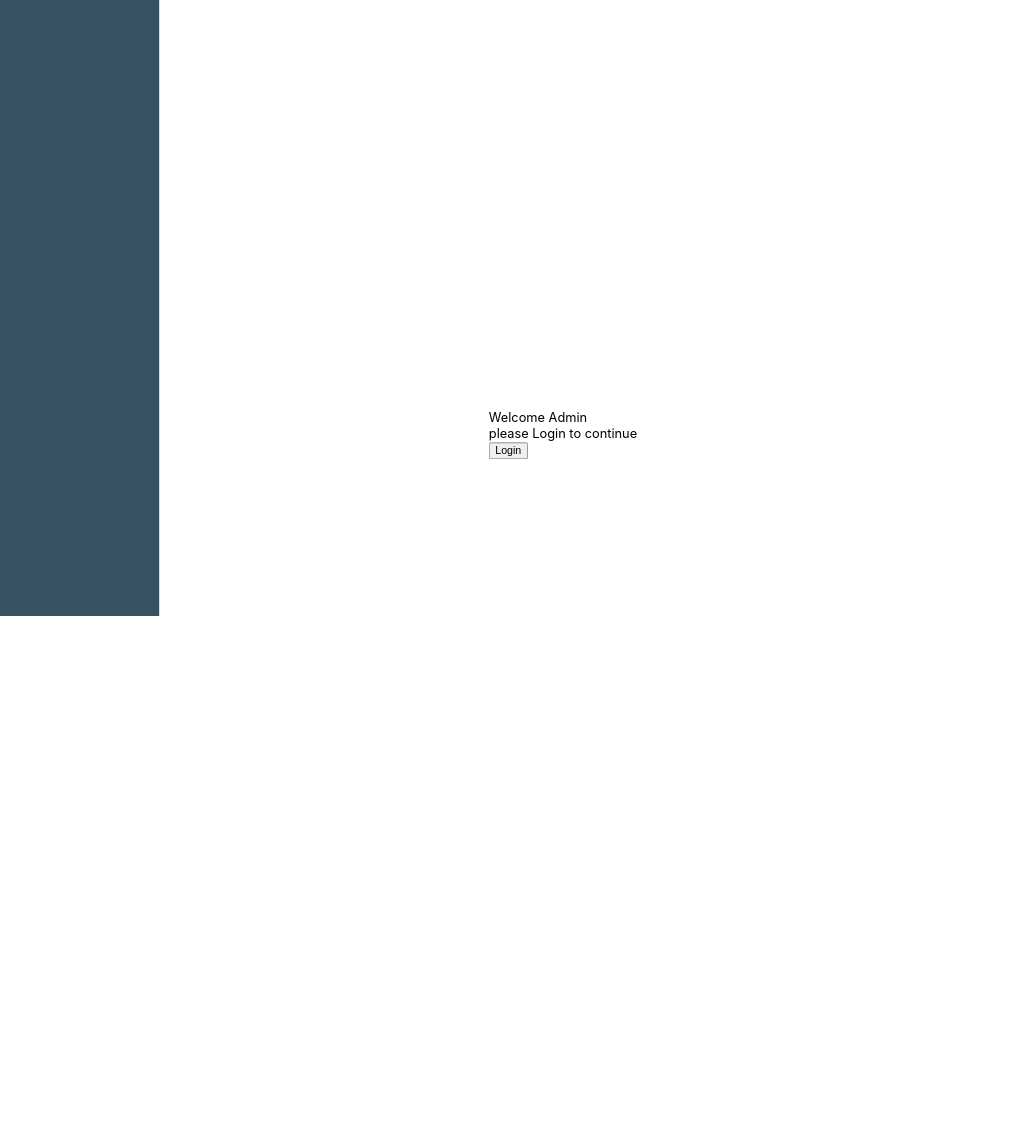
Repository: tatvanhco/shopee-admin
Page: /login
An editor plug-in stored every save of this project. The page is shown before and after a run of saves, followed by the edit.
The browser window is 1280 px wide. The pictures show the whole page, at 80% of full size.
The project was rebuilt for these pictures with package versions that can differ from the ones it lists, and the page was loaded fresh each time. Also part of the build but not shown: src/components/common/NotFound.tsx, src/components/common/PrivateRoute.tsx, src/components/layout/Innercontext.tsx, src/components/layout/dashboard.tsx, src/components/layout/productManager.tsx, src/components/layout/ManageOrders.tsx, src/components/layout/catalogManager.tsx, src/components/layout/customerManager.tsx and 5 more.

Above is the page before, as saved 2022-09-28 17:19:41.

After the next 2 saves:
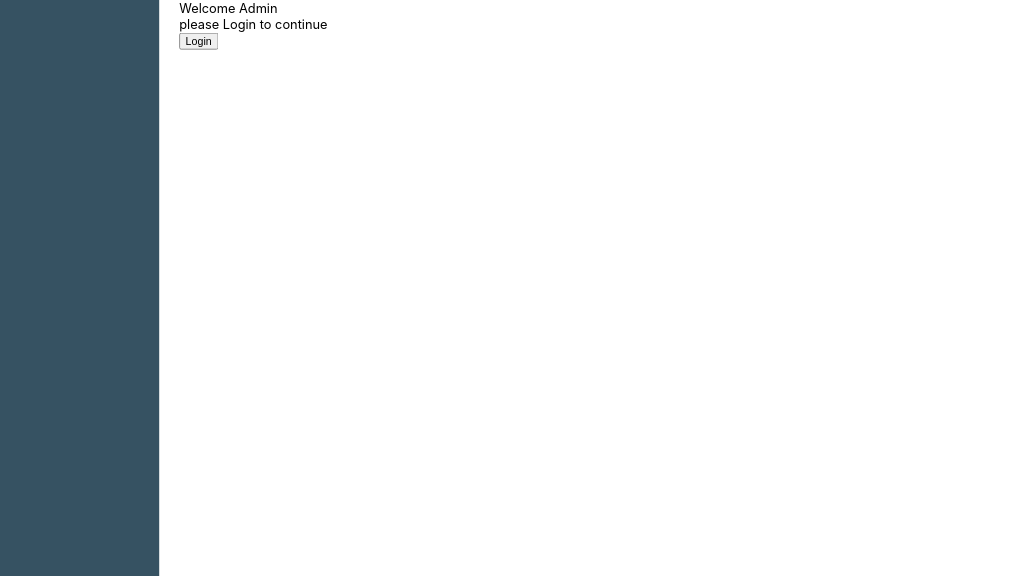
The 2 saves are shown as one change because they came seconds apart.
The last was saved 12 s later.
--- a/src/features/auth/pages/pages.module.scss
+++ b/src/features/auth/pages/pages.module.scss
@@ -1,5 +1,5 @@
 .Login_from {
     width: 250px;
     height: 400px;
-    margin: 50% auto;
+    margin: 25 auto;
 }
